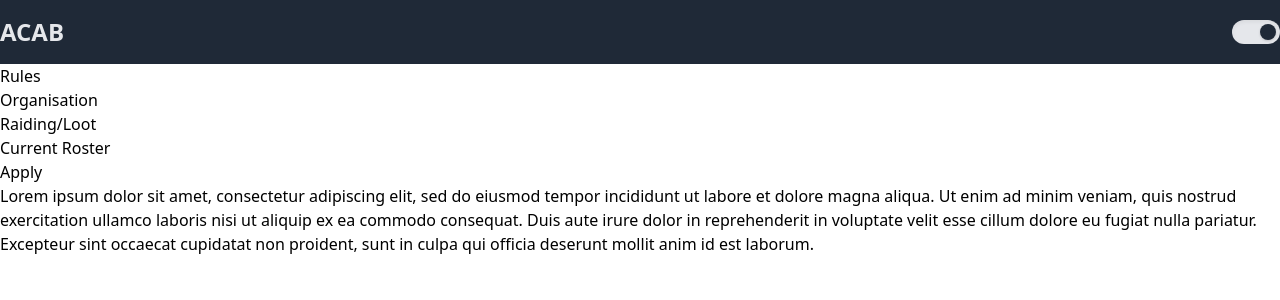
Repository: eaang/catguild_frontend
Page: /
The author's editor kept a copy of each file at every save. The page is drawn from the files as they stood at one save, then again after the next save.
The browser window is 1280 px wide. The pictures show the whole page.
The project was rebuilt for these pictures with package versions that can differ from the ones it lists, and the page was loaded fresh each time. The framework's server and built-in components were replaced by stand-ins that run in the browser. Also part of the build but not shown: nuxt.config.js, components/ContentBox.vue, components/ContentEditor.vue, components/ImageBox.vue, components/SidebarMain.vue, components/SidebarSub.vue, components/TheFoooter.vue, components/icons/ChevronDown.vue and 19 more. Imported but missing from the stored project, and not drawn on this page: apollo/queries/categories/category.

Above is the page before, as saved 2021-04-02 18:39:47.

### components/TheHeader.vue
<template>
  <div
    class="w-full h-16 flex items-center bg-gray-200 dark:bg-gray-800 transition duration-200"
  >
    <div class="container flex justify-between items-center">
      <div class="left-side">
        <nuxt-link to="/"
          ><div class="text-2xl font-bold text-gray-800 dark:text-gray-200">
            ACAB
          </div></nuxt-link
        >
      </div>
      <div class="right-side">
        <div @click="changeTheme">
          <ToggleButton :is-active="thisTheme" />
        </div>
      </div>
    </div>
  </div>
</template>

<script>
export default {
  data() {
    return {
      thisTheme: false,
    }
  },
  methods: {
    changeTheme() {
      this.thisTheme = !this.thisTheme
      this.$nuxt.$emit('change-theme')
    },
  },
}
</script>

### components/TheSidebar.vue
<template>
  <div class="w-64">
    <div>Rules</div>
    <div>Organisation</div>
    <div>Raiding/Loot</div>
    <div>Current Roster</div>
    <div>Apply</div>
  </div>
</template>

<script>
export default {}
</script>

### components/ToggleButton.vue
<template>
  <div
    class="w-12 h-6 px-1 rounded-full grid justify-items-auto items-center shadow-inner transition duration-200"
    :class="{ 'bg-gray-800': currentStatus, 'bg-gray-200': !currentStatus }"
  >
    <transition name="left">
      <div
        v-if="currentStatus"
        class="bg-gray-200 w-4 h-4 rounded-full shadow justify-self-start shadow-"
      ></div>
    </transition>
    <transition name="right">
      <div
        v-if="!currentStatus"
        class="bg-gray-800 w-4 h-4 rounded-full shadow justify-self-end"
      ></div>
    </transition>
  </div>
</template>

<script>
export default {
  props: {
    isActive: {
      type: Boolean,
      default: false,
    },
  },
  computed: {
    currentStatus() {
      return this.isActive
    },
  },
}
</script>

<style scoped>
.left-enter-active,
.left-leave-enter {
  transform: translateX(0);
  transition: all 0.2s linear;
}
.left-enter,
.left-leave-to {
  transform: translateX(100%);
}
.right-enter-active,
.right-leave-enter {
  transform: translateX(0);
  transition: all 0.2s linear;
}
.right-enter,
.right-leave-to {
  transform: translateX(-100%);
}
</style>

### layouts/default.vue
<template>
  <div :class="{ dark: darkTheme }">
    <TheHeader />
    <div class="container">
      <TheSidebar />
      <Nuxt />
      <TheFooter />
    </div>
  </div>
</template>

<script>
export default {
  data() {
    return {
      darkTheme: true,
    }
  },
  created() {
    this.$nuxt.$on('change-theme', () => {
      this.darkTheme = !this.darkTheme
    })
  },
}
</script>

### pages/index.vue
<template>
  <div>
    Lorem ipsum dolor sit amet, consectetur adipiscing elit, sed do eiusmod
    tempor incididunt ut labore et dolore magna aliqua. Ut enim ad minim veniam,
    quis nostrud exercitation ullamco laboris nisi ut aliquip ex ea commodo
    consequat. Duis aute irure dolor in reprehenderit in voluptate velit esse
    cillum dolore eu fugiat nulla pariatur. Excepteur sint occaecat cupidatat
    non proident, sunt in culpa qui officia deserunt mollit anim id est laborum.
  </div>
</template>

<script>
export default {}
</script>

### tailwind.config.js
module.exports = {
  purge: [
    './components/**/*.{vue,js}',
    './layouts/**/*.vue',
    './pages/**/*.vue',
    './plugins/**/*.{js,ts}',
    './nuxt.config.{js,ts}',
  ],
  darkMode: 'class', // or 'media' or 'class'
  theme: {
    container: {
      center: true,
    },
    extend: {},
  },
  variants: {
    extend: {},
  },
  plugins: [],
}

Loaded but not shown: assets/css/tailwind.css (common file); components/TheFooter.vue (common file)

After the next save:
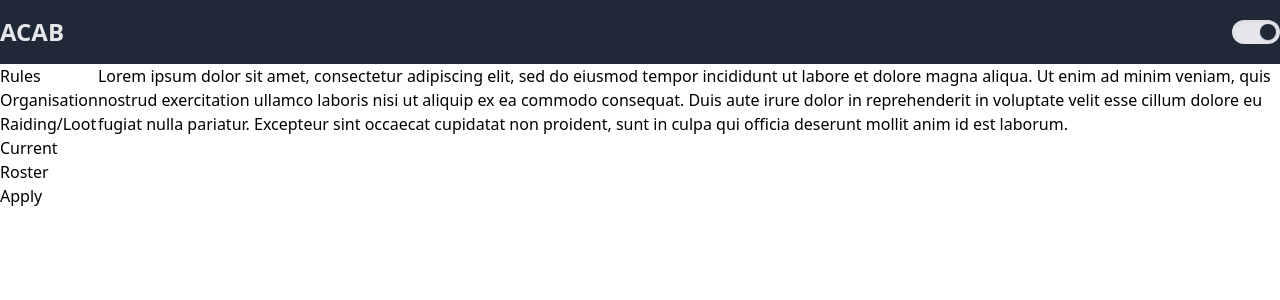
Saved 20 s later.
--- a/layouts/default.vue
+++ b/layouts/default.vue
@@ -2,8 +2,10 @@
   <div :class="{ dark: darkTheme }">
     <TheHeader />
     <div class="container">
-      <TheSidebar />
-      <Nuxt />
+      <div class="flex">
+        <TheSidebar />
+        <Nuxt />
+      </div>
       <TheFooter />
     </div>
   </div>

After the 3 saves that followed:
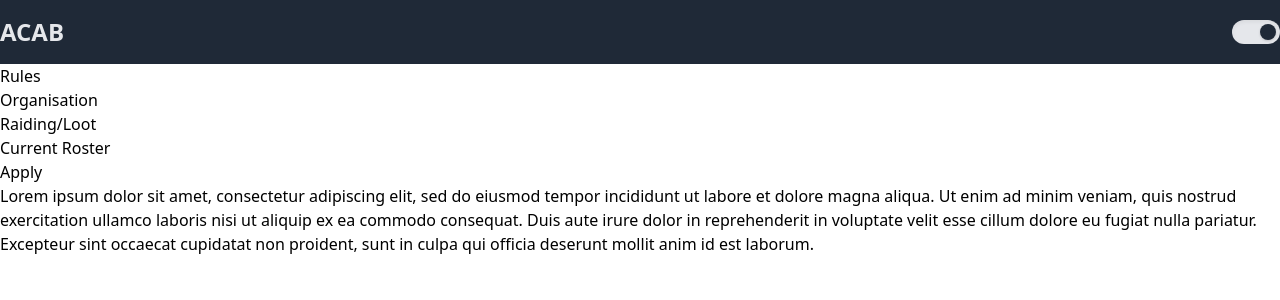
The 3 saves are shown as one change because 2 left the picture as it was.
The last was saved 69 s later.
--- a/layouts/default.vue
+++ b/layouts/default.vue
@@ -2,7 +2,7 @@
   <div :class="{ dark: darkTheme }">
     <TheHeader />
     <div class="container">
-      <div class="flex">
+      <div class="">
         <TheSidebar />
         <Nuxt />
       </div>
